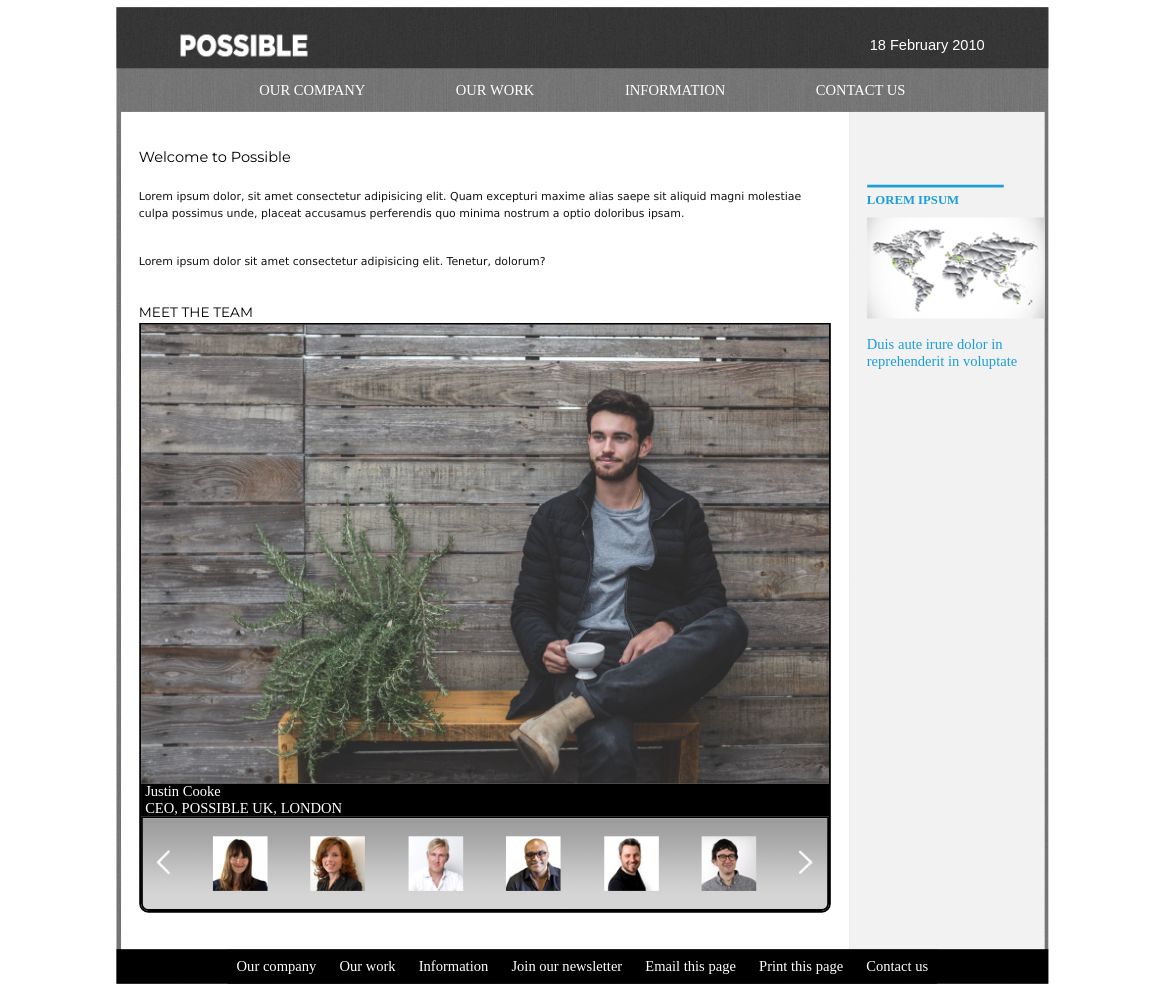
Repository: grzegorzgebala/possible-site
Page: index.html
The author's editor kept a copy of each file at every save. The page is drawn from the files as they stood at one save, then again after the next save.
The browser window is 1280 px wide. The pictures show the whole page, at 91% of full size.
The style sheet was rebuilt from its Sass, Less or Tailwind sources for each picture, by a compiler version that may differ from the author's.

Above is the page before, as saved 2020-02-16 10:45:15.

After the next save:
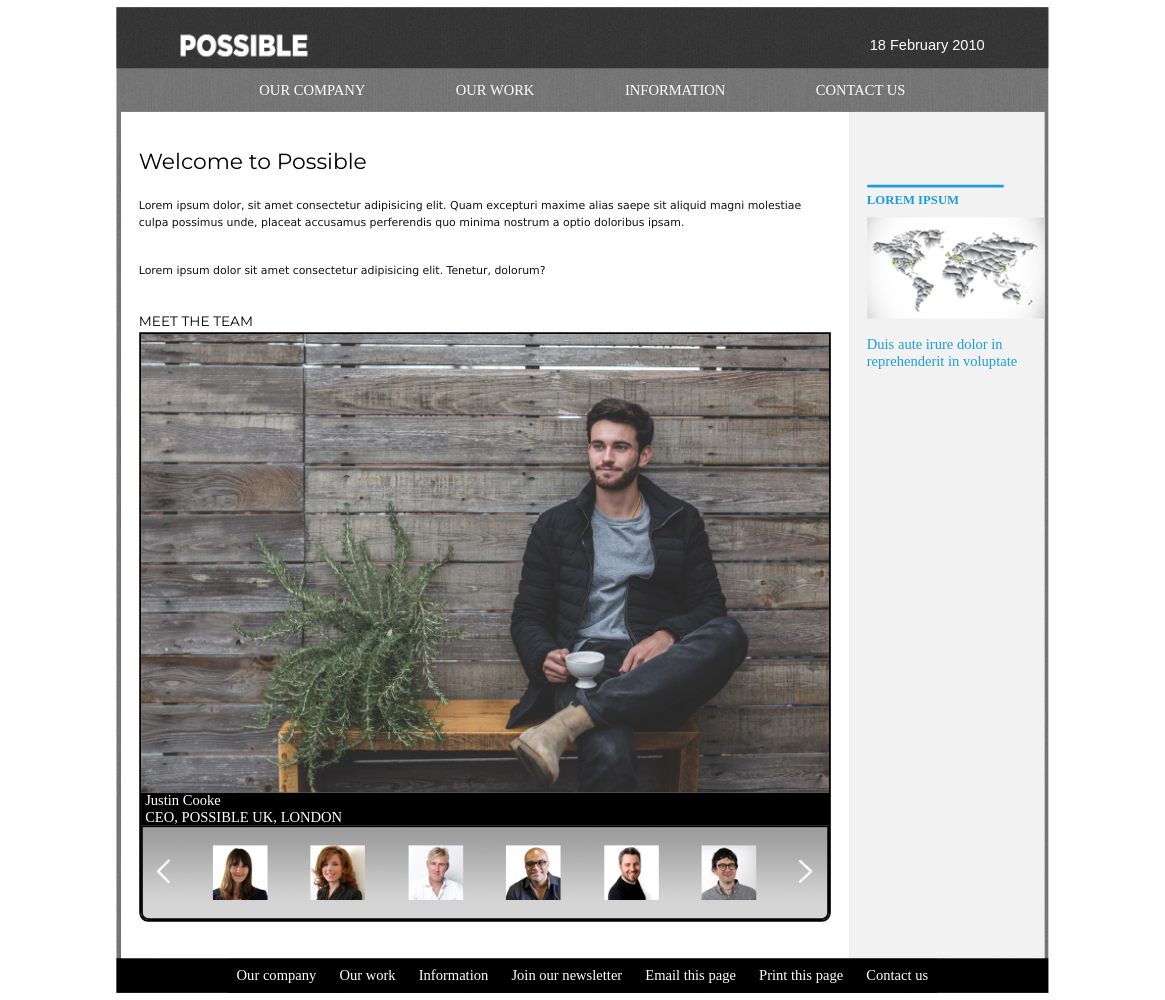
Saved 10 s later.
--- a/sass/style.scss
+++ b/sass/style.scss
@@ -73,6 +73,7 @@ header {
         .welcome {
             font-family: $contentHeaderFont;
             margin: 0;
+            font-size: 24px;
         }
 
         article {
